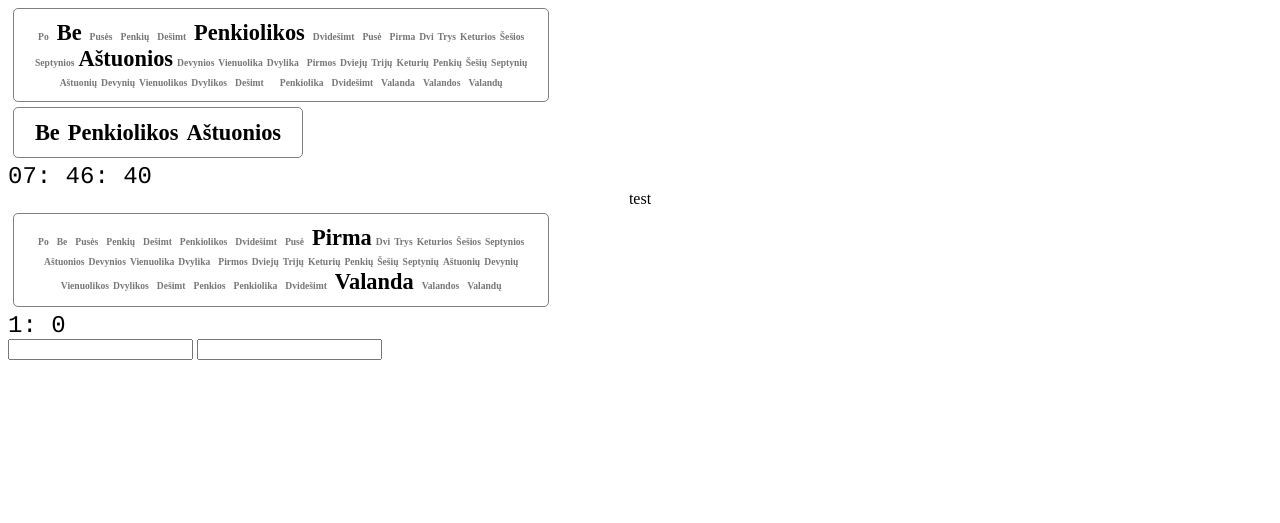
Repository: Skaidrius/WordClock
Page: index.html
The author's editor kept a record of every edit. The page is drawn from the files as they stood at one moment, then again after the next edit.
The browser window is 1280 px wide. The pictures show the whole page.
Some web libraries are served in a nearby version.

Above is the page before.

### index.html
<!DOCTYPE html>
<html>

<head>
    <meta charset="UTF-8">
    <title>Laikrodukas</title>
    <link type="text/css" rel="stylesheet" href="style.css"></link>
</head>

<body ng-app="clockApp">
    <div ng-controller="DataController" ng-init="init();">
        <div id="clck-bgr">
        <ul>
            <li ng-class="currMins >= 5 && currMins < 25 || currMins >= 35 && currMins < 40? 'active' : 'passive'">{{after}}</li>
            <li ng-class="currMins >= 25 && currMins < 30 || currMins >= 40 ? 'active' : 'passive'">{{till}}</li>
            <li ng-class="currMins >= 35 && currMins < 40 ? 'active' : 'passive'">{{afterhalf}}</li>
            <li ng-class="currMins >= 25 && currMins < 30 || currMins >=  55 ? 'active' : 'passive'">{{fivetill}}</li>
            <li ng-class="currMins >= 50 && currMins < 55 ? 'active' : 'passive'">{{ten}}</li>
            <li ng-class="currMins >= 45 && currMins < 50 ? 'active' : 'passive'">{{quarter}}</li>
            <li ng-class="currMins >= 40 && currMins < 45 ? 'active' : 'passive'">{{twenty}}</li>
            <li ng-class="currMins >= 25 && currMins < 35 ? 'active' : 'passive'">{{half}}</li>

            <li ng-show="item.value!= 13" ng-repeat="item in hoursPastHalf" ng-class="currMins >= 40 && item.value-1 == currHours || currMins < 5 && item.value == currHours ? 'active' : 'passive'">{{item.name }}</li>

            <li ng-show="item.value!= 13" ng-repeat="item in hoursPastZero" ng-class="currMins >= 5 && currMins < 25 && item.value == currHours || currMins >= 25 && currMins < 40 && item.value-1 == currHours ? 'active' : 'passive'">{{item.name }}</li>

            <li ng-class="currMins > 9 && currMins < 15 || currHours == tenHours.value && currMins >= 0 && currMins < 25 || currMins >= 25 && currMins < 60 && tenHours.value-1 == currHours ? 'active' : 'passive'">{{tenHours.name}}</li>

            <li ng-class="currMins >= 5 && currMins < 10 || currMins >=35 && five.value-1 == currHours ||
            currMins < 5 && five.value == currHours ?  'active' : 'passive'">{{five.name}}</li>

            <li ng-class="currMins >= 15 && currMins < 20? 'active' : 'passive'">{{fifteen}}</li>
            <li ng-class="currMins >= 20 && currMins < 25 ? 'active' : 'passive'">{{twenty}}</li>
            <li ng-class="currMins < 5 && currHours == 1 < 5 ? 'active' : 'passive'">{{hour}}</li>
            <li ng-class="currMins < 5 && currHours > 1 && currHours <= 9 ? 'active' : 'passive'">{{hours}}</li>
            <li ng-class="currMins < 5 && currHours > 9 ? 'active' : 'passive'">{{morehour}}</li>
        </ul>
        </div>

    <div id="clck-bgr-1">
        <ul>
            <li ng-class="currMins >= 5 && currMins < 25 || currMins >= 35 && currMins < 40 ? 'visible' : 'hidden'">{{after}}</li>
            <li ng-class="currMins >= 25 && currMins < 30 || currMins >= 40 ? 'visible' : 'hidden'" >{{till}}</li>
            <li ng-class="currMins >= 35 && currMins < 40 ? 'visible' : 'hidden'" >{{afterhalf}}</li>

            <li ng-class="currMins >= 25 && currMins < 30 || currMins >=  55 || currMins >= 5 && currMins < 25 && item.value == currHours ||
                    currMins >= 25 && currMins < 40 && item.value-1 == currHours?
                    'visible' : 'hidden'" >{{fivetill}}</li>
            <li ng-class="currMins >= 50 && currMins < 55 ? 'visible' : 'hidden'" >{{ten}}</li>
            <li ng-class="currMins >= 45 && currMins < 50 ? 'visible' : 'hidden'" >{{quarter}}</li>
            <li ng-class="currMins >= 40 && currMins < 45 ? 'visible' : 'hidden'" >{{twenty}}</li>
            <li ng-class="currMins >= 25 && currMins < 35 ? 'visible' : 'hidden'" >{{half}}</li>

            <li ng-show="item.value!= 13" ng-repeat="item in hoursPastHalf"
                ng-class="currMins >= 40 && item.value-1 == currHours ||
                    currMins < 5 && item.value == currHours ?
                        'visible' : 'hidden'"
                            >{{item.name }}</li>

            <li ng-show="item.value!= 13"
                ng-repeat="item in hoursPastZero"
                ng-class="currMins >= 5 && currMins < 25 && item.value == currHours ||
                    currMins >= 25 && currMins < 40 && item.value-1 == currHours ?
                        'visible' : 'hidden'"
                            >{{item.name }}</li>

            <li ng-class="currMins > 9 && currMins < 15 ||
                    currHours == tenHours.value && currMins >= 0 && currMins < 25 ||
                    currMins >= 25 && currMins < 60 && tenHours.value-1 == currHours ?
                        'visible' : 'hidden'"
                            >{{tenHours.name}}</li>

            <li ng-class="currMins >= 5 && currMins < 10 ||
                    currMins >=35 && currMins < 40 ?
                        'visible' : 'hidden'"
                            >{{five}}</li>
            <li ng-class="currMins >= 15 && currMins < 20 ?
                        'visible' : 'hidden'"
                            >{{fifteen}}</li>
            <li ng-class="currMins >= 20 && currMins < 25 ?
                        'visible' : 'hidden'"
                            >{{twenty}}</li>
            <li ng-class="currMins < 5 && currHours == 1 < 5 ?
                        'visible' : 'hidden'"
                            >{{hour}}</li>
            <li ng-class="currMins < 5 && currHours > 1 && currHours <= 9 ?
                        'visible' : 'hidden'"
                            >{{hours}}</li>
            <li ng-class="currMins < 5 && currHours > 9 ?
                        'visible' : 'hidden'"
                            >{{morehour}}</li>
        </ul>
        </div>

        <div class="digital">
            <span>{{currHours}}: {{currMins}}: {{currSecs}}</span>
         </div>
    </div>

    <div ng-controller="DataController1" ng-init="currHours = '1'; currMins = '0';">
        <div id="clck-bgr">test
        <ul>
            <li ng-class="currMins >= 5 && currMins < 25 || currMins >= 35 && currMins < 40? 'active' : 'passive'">{{after}}</li>
            <li ng-class="currMins >= 25 && currMins < 30 || currMins >= 40 ? 'active' : 'passive'">{{till}}</li>
            <li ng-class="currMins >= 35 && currMins < 40 ? 'active' : 'passive'">{{afterhalf}}</li>
            <li ng-class="currMins >= 25 && currMins < 30 || currMins >=  55 ? 'active' : 'passive'">{{fivetill}}</li>
            <li ng-class="currMins >= 50 && currMins < 55 ? 'active' : 'passive'">{{ten}}</li>
            <li ng-class="currMins >= 45 && currMins < 50 ? 'active' : 'passive'">{{quarter}}</li>
            <li ng-class="currMins >= 40 && currMins < 45 ? 'active' : 'passive'">{{twenty}}</li>
            <li ng-class="currMins >= 25 && currMins < 35 ? 'active' : 'passive'">{{half}}</li>

            <li ng-show="item.value!= 13" ng-repeat="item in hoursPastHalf" ng-class="currMins >= 40 && item.value-1 == currHours || currMins < 5 && item.value == currHours ? 'active' : 'passive'">{{item.name }}</li>

            <li ng-show="item.value!= 13" ng-repeat="item in hoursPastZero" ng-class="currMins >= 5 && currMins < 25 && item.value == currHours || currMins >= 25 && currMins < 40 && item.value-1 == currHours ? 'active' : 'passive'">{{item.name }}</li>

            <li ng-class="currMins > 9 && currMins < 15 || currHours == tenHours.value && currMins >= 0 && currMins < 25 || currMins >= 25 && currMins < 60 && tenHours.value-1 == currHours ? 'active' : 'passive'">{{tenHours.name}}</li>

            <li ng-class="currMins >= 5 && currMins < 10 || currMins >=35 && five.value-1 == currHours ||
            currMins < 5 && five.value == currHours ?  'active' : 'passive'">{{five.name}}</li>

            <li ng-class="currMins >= 15 && currMins < 20? 'active' : 'passive'">{{fifteen}}</li>
            <li ng-class="currMins >= 20 && currMins < 25 ? 'active' : 'passive'">{{twenty}}</li>
            <li ng-class="currMins < 5 && currHours == 1 < 5 ? 'active' : 'passive'">{{hour}}</li>
            <li ng-class="currMins < 5 && currHours > 1 && currHours <= 9 ? 'active' : 'passive'">{{hours}}</li>
            <li ng-class="currMins < 5 && currHours > 9 ? 'active' : 'passive'">{{morehour}}</li>
        </ul>
        </div>

        <div class="digital">
            <span>{{currHours}}: {{currMins}}</span><br>
         </div>
         <div>
            <input type="number" ng-model="currHours"/></label>
            <input type="number" ng-model="currMins"/></label>
         </div>
    </div>

<script src="https://ajax.googleapis.com/ajax/libs/angularjs/1.3.12/angular.min.js"></script>
<script type="text/javascript" src="app.js"></script>
</body>

</html>

### style.css
#clck-bgr {
    text-align: center;
}

#clck-bgr-1 {
    text-align: center;
    max-width: 300px;
}

ul {
    max-width: 512px;
    height: auto;
    border: 1px solid grey;
    border-radius: 5px;
    padding: 0.7em;
    margin: 5px;
}
ul li    {
    list-style: none;
    display: inline-block;
    padding: 0 2px;
    font-weight: bold;
}

.active   { color: #000; font-size: 1.4em}
.passive  { color: #777; font-size: 0.6em}

.visible   { visibility: visible; font-size: 1.4em}
.hidden  { display: none; font-size: 0.6em}

.digital {
    font-family: ‘Courier New’, Courier, monospace;
    font-size: 24px;
}

### app.js
var app = angular.module('clockApp', []);
  app.controller('DataController', function($scope, $interval, $filter) {

    $scope.init = $interval(function(){
        $scope.input = new Date();
        $scope.currHours = $filter('date')($scope.input, 'hh');
        $scope.currMins = $filter('date')($scope.input, 'mm');
        $scope.currSecs = $filter('date')($scope.input, 'ss');

        $scope.hoursPastHalf= [ {value:   1,     name: "Pirma" },
                        {value:   2,     name: "Dvi"        },
                        {value:   3,     name: "Trys"       },
                        {value:   4,     name: "Keturios"   },
                        {value:   6,     name: "Šešios"     },
                        {value:   7,     name: "Septynios"  },
                        {value:   8,     name: "Aštuonios"  },
                        {value:   9,     name: "Devynios"   },
                        {value:  11,     name: "Vienuolika" },
                        {value:  12,     name: "Dvylika"    },
                        {value:  13,     name: "Pirma"      } ];

        $scope.tenHours = {value:  10,     name: "Dešimt"   };
        $scope.five =   {value:  5,     name:  "Penkios"    };


        $scope.hoursPastZero = [ {value:  1,     name: "Pirmos"     },
                        {value:  2,     name: "Dviejų"      },
                        {value:  3,     name: "Trijų"       },
                        {value:  4,     name: "Keturių"     },
                        {value:  5,     name: "Penkių"      },
                        {value:  6,     name: "Šešių"       },
                        {value:  7,     name: "Septynių"    },
                        {value:  8,     name: "Aštuonių"    },
                        {value:  9,     name: "Devynių"     },
                        {value:  11,    name: "Vienuolikos" },
                        {value:  12,    name: "Dvylikos"    },
                        {value:  13,    name: "Pirmos"      }  ];

        $scope.till = "Be";
        $scope.after = "Po";

        $scope.five = "Penkios";
        $scope.fivetill = "Penkių";
        $scope.ten = "Dešimt";
        $scope.quarter = "Penkiolikos";
        $scope.fifteen = "Penkiolika";
        $scope.twenty = "Dvidešimt";
        $scope.half = "Pusė";
        $scope.afterhalf = "Pusės";

        $scope.hour = "Valanda";
        $scope.hours = "Valandos";
        $scope.morehour = "Valandų";

},100 );

});

app.controller('DataController1', function($scope, $interval) {  //clone for testing

    $scope.init = $interval(function(){

        $scope.hoursPastHalf= [ {value:   1,     name: "Pirma" },
                        {value:   2,     name: "Dvi"        },
                        {value:   3,     name: "Trys"       },
                        {value:   4,     name: "Keturios"   },
                        // {value:   5,     name: "Penkios"    }, // naikint, palikt 1 (toliau)
                        {value:   6,     name: "Šešios"     },
                        {value:   7,     name: "Septynios"  },
                        {value:   8,     name: "Aštuonios"  },
                        {value:   9,     name: "Devynios"   },
                        {value:  11,     name: "Vienuolika" },
                        {value:  12,     name: "Dvylika"    },
                        {value:  13,     name: "Pirma"      } ];

        $scope.tenHours = {value:  10,  name: "Dešimt"      };
        $scope.five =   {value:  5,     name:  "Penkios"    };

        $scope.hoursPastZero = [ {value:  1,     name: "Pirmos"     },
                        {value:  2,     name: "Dviejų"      },
                        {value:  3,     name: "Trijų"       },
                        {value:  4,     name: "Keturių"     },
                        {value:  5,     name: "Penkių"      },
                        {value:  6,     name: "Šešių"       },
                        {value:  7,     name: "Septynių"    },
                        {value:  8,     name: "Aštuonių"    },
                        {value:  9,     name: "Devynių"     },
                        {value:  11,    name: "Vienuolikos" },
                        {value:  12,    name: "Dvylikos"    },
                        {value:  13,    name: "Pirmos"      }  ];

        $scope.till = "Be";
        $scope.after = "Po";

        $scope.fivetill = "Penkių";
        $scope.ten = "Dešimt";
        $scope.quarter = "Penkiolikos";
        $scope.fifteen = "Penkiolika";
        $scope.twenty = "Dvidešimt";
        $scope.half = "Pusė";
        $scope.afterhalf = "Pusės";

        $scope.hour = "Valanda";
        $scope.hours = "Valandos";
        $scope.morehour = "Valandų";

},100 );

});

After the next edit:
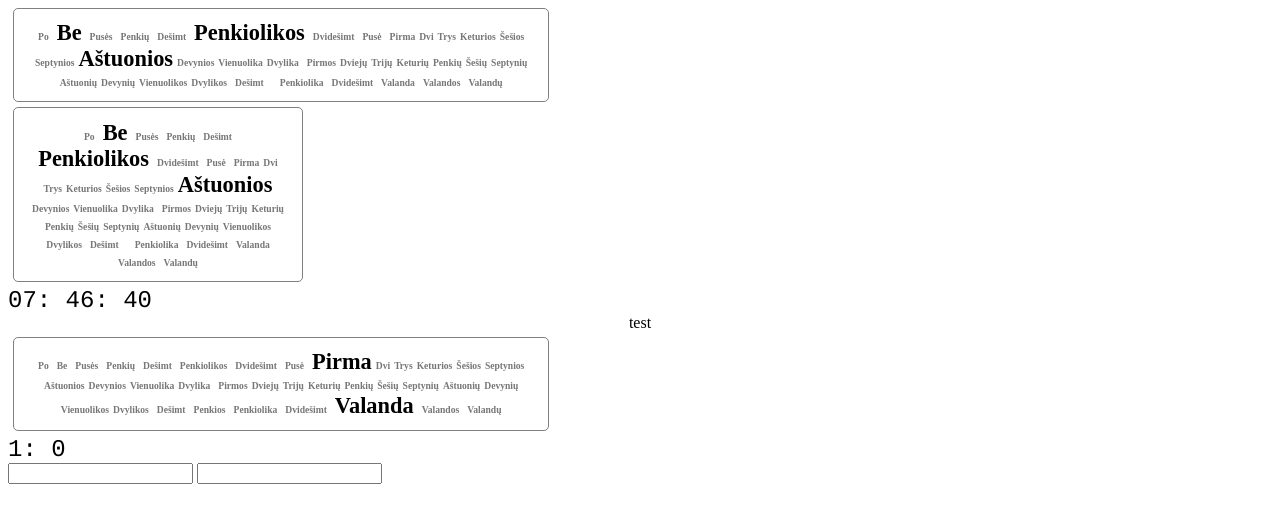
The edit:
--- a/index.html
+++ b/index.html
@@ -39,56 +39,29 @@
 
     <div id="clck-bgr-1">
         <ul>
-            <li ng-class="currMins >= 5 && currMins < 25 || currMins >= 35 && currMins < 40 ? 'visible' : 'hidden'">{{after}}</li>
-            <li ng-class="currMins >= 25 && currMins < 30 || currMins >= 40 ? 'visible' : 'hidden'" >{{till}}</li>
-            <li ng-class="currMins >= 35 && currMins < 40 ? 'visible' : 'hidden'" >{{afterhalf}}</li>
+                        <li ng-class="currMins >= 5 && currMins < 25 || currMins >= 35 && currMins < 40? 'active' : 'passive'">{{after}}</li>
+            <li ng-class="currMins >= 25 && currMins < 30 || currMins >= 40 ? 'active' : 'passive'">{{till}}</li>
+            <li ng-class="currMins >= 35 && currMins < 40 ? 'active' : 'passive'">{{afterhalf}}</li>
+            <li ng-class="currMins >= 25 && currMins < 30 || currMins >=  55 ? 'active' : 'passive'">{{fivetill}}</li>
+            <li ng-class="currMins >= 50 && currMins < 55 ? 'active' : 'passive'">{{ten}}</li>
+            <li ng-class="currMins >= 45 && currMins < 50 ? 'active' : 'passive'">{{quarter}}</li>
+            <li ng-class="currMins >= 40 && currMins < 45 ? 'active' : 'passive'">{{twenty}}</li>
+            <li ng-class="currMins >= 25 && currMins < 35 ? 'active' : 'passive'">{{half}}</li>
 
-            <li ng-class="currMins >= 25 && currMins < 30 || currMins >=  55 || currMins >= 5 && currMins < 25 && item.value == currHours ||
-                    currMins >= 25 && currMins < 40 && item.value-1 == currHours?
-                    'visible' : 'hidden'" >{{fivetill}}</li>
-            <li ng-class="currMins >= 50 && currMins < 55 ? 'visible' : 'hidden'" >{{ten}}</li>
-            <li ng-class="currMins >= 45 && currMins < 50 ? 'visible' : 'hidden'" >{{quarter}}</li>
-            <li ng-class="currMins >= 40 && currMins < 45 ? 'visible' : 'hidden'" >{{twenty}}</li>
-            <li ng-class="currMins >= 25 && currMins < 35 ? 'visible' : 'hidden'" >{{half}}</li>
+            <li ng-show="item.value!= 13" ng-repeat="item in hoursPastHalf" ng-class="currMins >= 40 && item.value-1 == currHours || currMins < 5 && item.value == currHours ? 'active' : 'passive'">{{item.name }}</li>
 
-            <li ng-show="item.value!= 13" ng-repeat="item in hoursPastHalf"
-                ng-class="currMins >= 40 && item.value-1 == currHours ||
-                    currMins < 5 && item.value == currHours ?
-                        'visible' : 'hidden'"
-                            >{{item.name }}</li>
+            <li ng-show="item.value!= 13" ng-repeat="item in hoursPastZero" ng-class="currMins >= 5 && currMins < 25 && item.value == currHours || currMins >= 25 && currMins < 40 && item.value-1 == currHours ? 'active' : 'passive'">{{item.name }}</li>
 
-            <li ng-show="item.value!= 13"
-                ng-repeat="item in hoursPastZero"
-                ng-class="currMins >= 5 && currMins < 25 && item.value == currHours ||
-                    currMins >= 25 && currMins < 40 && item.value-1 == currHours ?
-                        'visible' : 'hidden'"
-                            >{{item.name }}</li>
+            <li ng-class="currMins > 9 && currMins < 15 || currHours == tenHours.value && currMins >= 0 && currMins < 25 || currMins >= 25 && currMins < 60 && tenHours.value-1 == currHours ? 'active' : 'passive'">{{tenHours.name}}</li>
 
-            <li ng-class="currMins > 9 && currMins < 15 ||
-                    currHours == tenHours.value && currMins >= 0 && currMins < 25 ||
-                    currMins >= 25 && currMins < 60 && tenHours.value-1 == currHours ?
-                        'visible' : 'hidden'"
-                            >{{tenHours.name}}</li>
+            <li ng-class="currMins >= 5 && currMins < 10 || currMins >=35 && five.value-1 == currHours ||
+            currMins < 5 && five.value == currHours ?  'active' : 'passive'">{{five.name}}</li>
 
-            <li ng-class="currMins >= 5 && currMins < 10 ||
-                    currMins >=35 && currMins < 40 ?
-                        'visible' : 'hidden'"
-                            >{{five}}</li>
-            <li ng-class="currMins >= 15 && currMins < 20 ?
-                        'visible' : 'hidden'"
-                            >{{fifteen}}</li>
-            <li ng-class="currMins >= 20 && currMins < 25 ?
-                        'visible' : 'hidden'"
-                            >{{twenty}}</li>
-            <li ng-class="currMins < 5 && currHours == 1 < 5 ?
-                        'visible' : 'hidden'"
-                            >{{hour}}</li>
-            <li ng-class="currMins < 5 && currHours > 1 && currHours <= 9 ?
-                        'visible' : 'hidden'"
-                            >{{hours}}</li>
-            <li ng-class="currMins < 5 && currHours > 9 ?
-                        'visible' : 'hidden'"
-                            >{{morehour}}</li>
+            <li ng-class="currMins >= 15 && currMins < 20? 'active' : 'passive'">{{fifteen}}</li>
+            <li ng-class="currMins >= 20 && currMins < 25 ? 'active' : 'passive'">{{twenty}}</li>
+            <li ng-class="currMins < 5 && currHours == 1 < 5 ? 'active' : 'passive'">{{hour}}</li>
+            <li ng-class="currMins < 5 && currHours > 1 && currHours <= 9 ? 'active' : 'passive'">{{hours}}</li>
+            <li ng-class="currMins < 5 && currHours > 9 ? 'active' : 'passive'">{{morehour}}</li>
         </ul>
         </div>
 
@@ -100,7 +73,7 @@
     <div ng-controller="DataController1" ng-init="currHours = '1'; currMins = '0';">
         <div id="clck-bgr">test
         <ul>
-            <li ng-class="currMins >= 5 && currMins < 25 || currMins >= 35 && currMins < 40? 'active' : 'passive'">{{after}}</li>
+            <li ng-class="currMins >= 5 && currMins < 25 || currMins >= 35 && currMins < 40 ? 'active' : 'passive'">{{after}}</li>
             <li ng-class="currMins >= 25 && currMins < 30 || currMins >= 40 ? 'active' : 'passive'">{{till}}</li>
             <li ng-class="currMins >= 35 && currMins < 40 ? 'active' : 'passive'">{{afterhalf}}</li>
             <li ng-class="currMins >= 25 && currMins < 30 || currMins >=  55 ? 'active' : 'passive'">{{fivetill}}</li>
